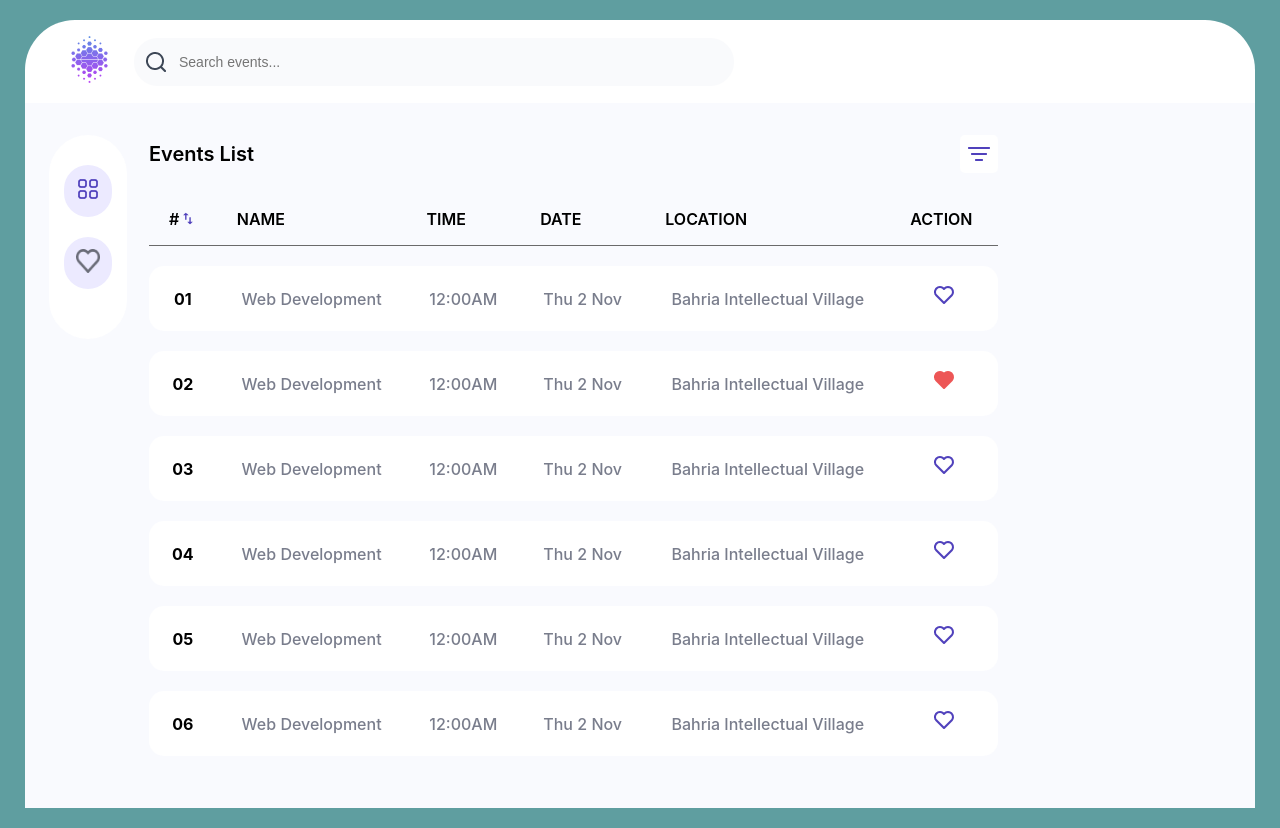
Repository: ahmadunitedsol710/react-dashboard
Page: /
These files come from the project's save history. The page is drawn as it stood at one moment and after a run of saves; the edit follows.
The browser window is 1280 px wide. The pictures show the whole page.
The project was rebuilt for these pictures with package versions that can differ from the ones it lists, and the page was loaded fresh each time.

Above is the page before, as saved 2024-07-30 11:08:39.

### src/App.js
// import {BrowserRouter as Router, Routes, Route} from 'react-router-dom';
import Header from './Components/Header/index';
import Events from './Components/Body/events'
import './App.css';

function App() {
  return (
    <div className="App container">
    {/* <Router>
      <Routes>
          <Route path="/" exact element={<Header/>}/>
      </Routes>
    </Router> */}
    <Header/>
    <Events/>
    </div>
  );
}

export default App;

### src/Components/Header/index.js
import '../../App.css';
import logo from '../../Images/logo.png'

const Index = () => {

    return (
        <>
            <div className="header">
                <div className="logo">
                    <img src={logo} alt="logo" />
                </div>
                <div className="search_box">
                    <input type="search"  name="search" placeholder='Search events...' className='srch'/>
                </div>
            </div>
        </>
    )
}

export default Index;

### src/Components/Body/events.js
import '../../App.css';
import Sidebar from './sidebar';
import List from './eventlist';

const Index = () => {

    return (
        <>
            <div className="events">
             <Sidebar/>
             <List/>
            </div>
        </>
    )
}

export default Index;

### src/App.css
body {
  background-color: cadetblue;
}

.container {
  max-width: 1440px;
  margin: 20px auto;
  padding: 0 25px;
  box-sizing: border-box;
}

.App-logo {
  height: 40vmin;
  pointer-events: none;
}

@media (prefers-reduced-motion: no-preference) {
  .App-logo {
    animation: App-logo-spin infinite 20s linear;
  }
}

.App-header {
  background-color: #282c34;
  min-height: 100vh;
  display: flex;
  flex-direction: column;
  align-items: center;
  justify-content: center;
  font-size: calc(10px + 2vmin);
  color: white;
}

.App-link {
  color: #61dafb;
}

@keyframes App-logo-spin {
  from {
    transform: rotate(0deg);
  }
  to {
    transform: rotate(360deg);
  }
}


/* Header */
.header { display: flex; justify-content: center; align-items: center; gap: 20px; background-color: #ffffff; padding: 15px 40px; border-radius: 50px 50px 0 0; }

.header .search_box { position: relative; width: 100%; }

.header .search_box .srch { background-image: url(./Images/Search.png); background-repeat: no-repeat; background-color: #F9FAFC; background-position: 10px center; border: none; padding: 13px 45px; width: 600px; border-radius: 50px; font-size: 14px; font-weight: 400; color: #3D4756; line-height: 22px; }


/* Events */
.events {
  background-color: #f9fafe;
  padding: 32px 24px;
  box-sizing: border-box;
  display: flex;
  gap: 22px;
  align-items: flex-start;
}

/* Sidebar */
.sidebar {
  display: flex;
  flex-direction: column;
  background-color: #ffffff;
  width: max-content;
  padding: 30px 15px;
  box-sizing: border-box;
  border-radius: 40px;
}

.image {
  background-color: #ECEAFF;
  margin-bottom: 20px;
  border-radius: 25px;
}

.sidebar_img {
  width: 24px;
  height: 24px;
  padding: 12px;
}

/* Event list */
.main {
  display: flex;
  justify-content: space-between;
  align-items: center;
}

.main .heading {
  font-size: 20px;
  font-weight: 600;
  line-height: 30px;
  margin: 0;
}

.main .filter {
  background-color: #ffffff;
  padding: 5px;
  border-radius: 5px;
  box-sizing: border-box;
}

table {
  border-collapse: separate;
  border-spacing: 0 20px;
  width: 849px;
}

th {
  text-align: left;
  font-size: 16px;
  font-weight: 600;
  line-height: 22px;
  padding: 15px 20px;
  box-sizing: border-box;
  border-bottom: 1px solid #6a6a6a;
}

.index {
  font-size: 16px;
  font-weight: bolder;
  line-height: 24px;
}

.body_row td {
  background-color: #ffffff;
  padding: 20px;
  text-align: center;
}

.body_row td:first-child {
  border-radius: 15px 0 0 15px;
}

.body_row td:last-child {
  border-radius: 0 15px 15px 0;
}

.body_row .details {
  font-size: 16px;
  font-weight: 500;
  line-height: 24px;
  color: #797d8c;
}

### src/Components/Body/sidebar.js
import '../../App.css';
import grid from '../../Images/grid.png';
import favourite from '../../Images/fav.png'

const sidebar = () => {

    return (
        <>
            <div className="sidebar">
                <div className="image">
                    <img src={grid} alt="grid" className='sidebar_img'/>
                </div>
                <div className="image">
                    <img src={favourite} alt="favourite" className='sidebar_img'/>
                </div>
            </div>
        </>
    )
}

export default sidebar;

### src/Components/Body/eventlist.js
import '../../App.css';
import swap from '../../Images/swap.png';
import emptyfav from '../../Images/empty_fav.png'
import fillfav from '../../Images/fill_fav.png'
import filter from '../../Images/filter.png'

const Eventlist = () => {

    return (
        <>
            <div className="event_details">
                <div className="evenlist">
                    <div className="main">
                        <h2 className='heading'>Events List</h2>
                        <img src={filter} alt="filter" className='filter' />
                    </div>
                    <table className="table">
                        <thead className='table_head'>
                            <tr>
                                <th># <img src={swap} alt="swap" /> </th>
                                <th>NAME</th>
                                <th>TIME</th>
                                <th>DATE</th>
                                <th>LOCATION</th>
                                <th>ACTION</th>
                            </tr>
                        </thead>
                        <tbody>
                            <tr className='body_row'>
                                <td className='index' data-label="index">01</td>
                                <td className='details' data-label="name">Web Development</td>
                                <td className='details' data-label="time">12:00AM</td>
                                <td className='details' data-label="date">Thu 2 Nov</td>
                                <td className='details' data-label="location">Bahria Intellectual Village</td>
                                <td className='details' data-label="location"> <img src={emptyfav} alt="emptyfav" /> </td>
                            </tr>

                            <tr className='body_row'>
                                <td className='index' data-label="index">02</td>
                                <td className='details' data-label="name">Web Development</td>
                                <td className='details' data-label="time">12:00AM</td>
                                <td className='details' data-label="date">Thu 2 Nov</td>
                                <td className='details' data-label="location">Bahria Intellectual Village</td>
                                <td className='details' data-label="location"> <img src={fillfav} alt="fillfav" /> </td>
                            </tr>

                            <tr className='body_row'>
                                <td className='index' data-label="index">03</td>
                                <td className='details' data-label="name">Web Development</td>
                                <td className='details' data-label="time">12:00AM</td>
                                <td className='details' data-label="date">Thu 2 Nov</td>
                                <td className='details' data-label="location">Bahria Intellectual Village</td>
                                <td className='details' data-label="location"> <img src={emptyfav} alt="emptyfav" /> </td>
                            </tr>

                            <tr className='body_row'>
                                <td className='index' data-label="index">04</td>
                                <td className='details' data-label="name">Web Development</td>
                                <td className='details' data-label="time">12:00AM</td>
                                <td className='details' data-label="date">Thu 2 Nov</td>
                                <td className='details' data-label="location">Bahria Intellectual Village</td>
                                <td className='details' data-label="location"> <img src={emptyfav} alt="emptyfav" /> </td>
                            </tr>

                            <tr className='body_row'>
                                <td className='index' data-label="index">05</td>
                                <td className='details' data-label="name">Web Development</td>
                                <td className='details' data-label="time">12:00AM</td>
                                <td className='details' data-label="date">Thu 2 Nov</td>
                                <td className='details' data-label="location">Bahria Intellectual Village</td>
                                <td className='details' data-label="location"> <img src={emptyfav} alt="emptyfav" /> </td>
                            </tr>

                            <tr className='body_row'>
                                <td className='index' data-label="index">06</td>
                                <td className='details' data-label="name">Web Development</td>
                                <td className='details' data-label="time">12:00AM</td>
                                <td className='details' data-label="date">Thu 2 Nov</td>
                                <td className='details' data-label="location">Bahria Intellectual Village</td>
                                <td className='details' data-label="location"> <img src={emptyfav} alt="emptyfav" /> </td>
                            </tr>
                        </tbody>
                    </table>
                </div>

                <div className="cards">
                    <div className="all_events"></div>
                    <div className="this_month"></div>
                    <div className="fav_events"></div>
                </div>
            </div>
        </>
    )
}

export default Eventlist;

Loaded but not shown: public/index.html (common file); src/index.js (common file); src/index.css (common file); src/reportWebVitals.js (common file)

After the next 4 saves:
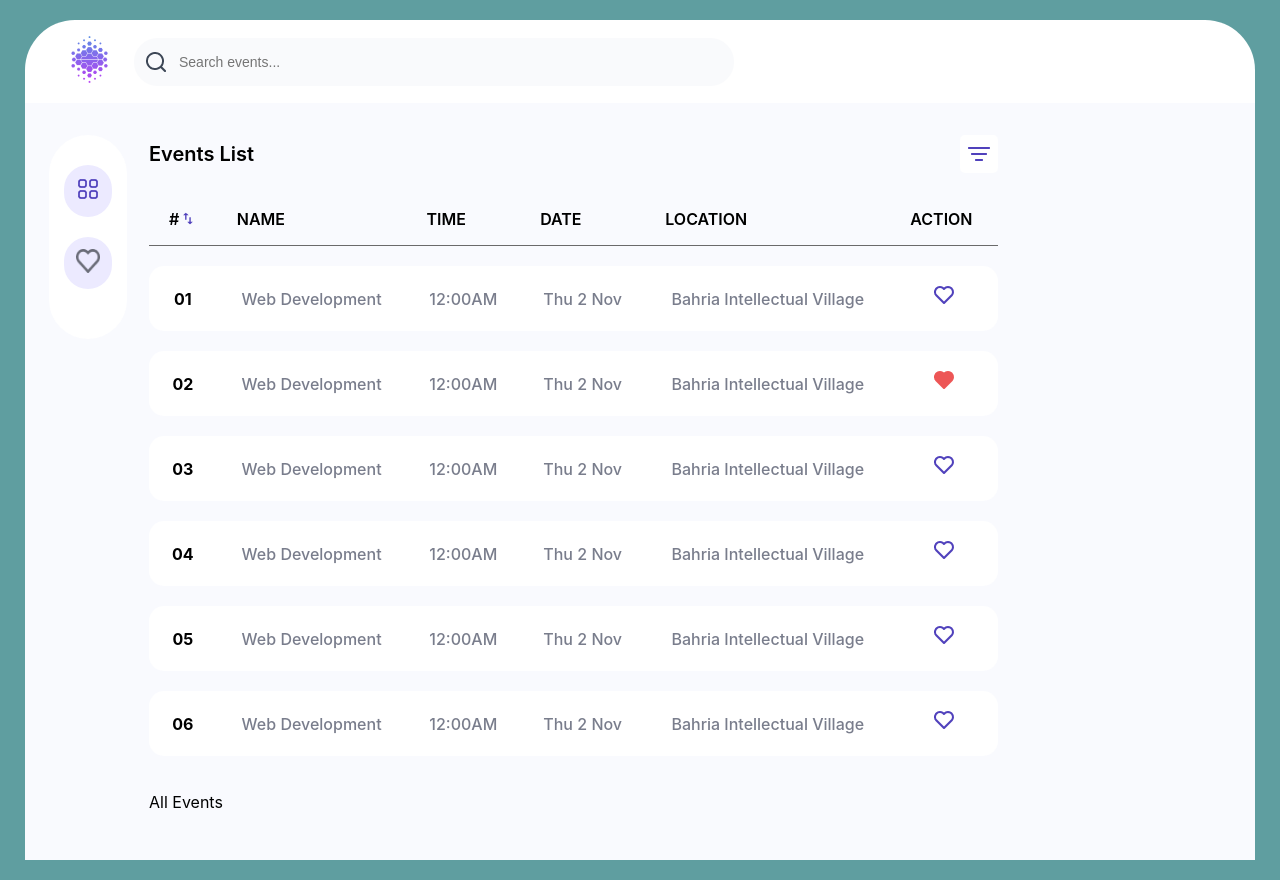
The 4 saves are shown as one change because they came seconds apart.
The last was saved 28 s later.
--- a/src/Components/Body/eventlist.js
+++ b/src/Components/Body/eventlist.js
@@ -84,7 +84,9 @@ const Eventlist = () => {
                 </div>
 
                 <div className="cards">
-                    <div className="all_events"></div>
+                    <div className="all_events">
+                        <p className=''>All Events</p>
+                    </div>
                     <div className="this_month"></div>
                     <div className="fav_events"></div>
                 </div>
